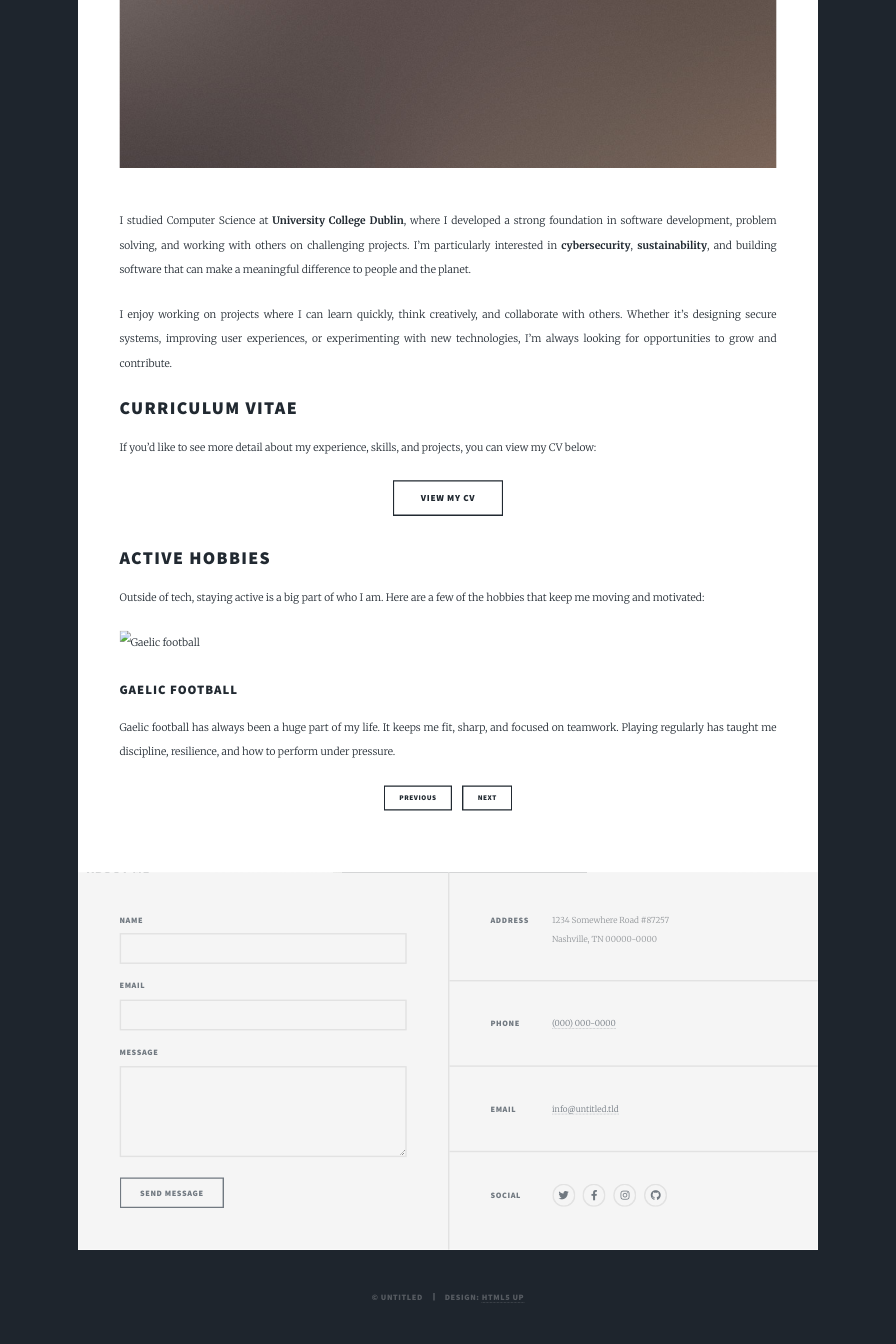
Repository: ciaranscan6/PersonalWebsite
Page: about-me.html
An editor plug-in stored every save of this project. The page is shown before and after the next save, followed by the edit.
The browser window is 1280 px wide. The pictures show the part of the page from y = 880 to 2800 px (the page is 2800 px tall), at 70% of full size.

Above is the page before, as saved 2025-11-22 00:34:10.
Not found: images/hobby-gaelic-football.jpg
Not found: images/hobby-hiking.jpg
Not found: images/hobby-snowboarding.jpg

After the next save:
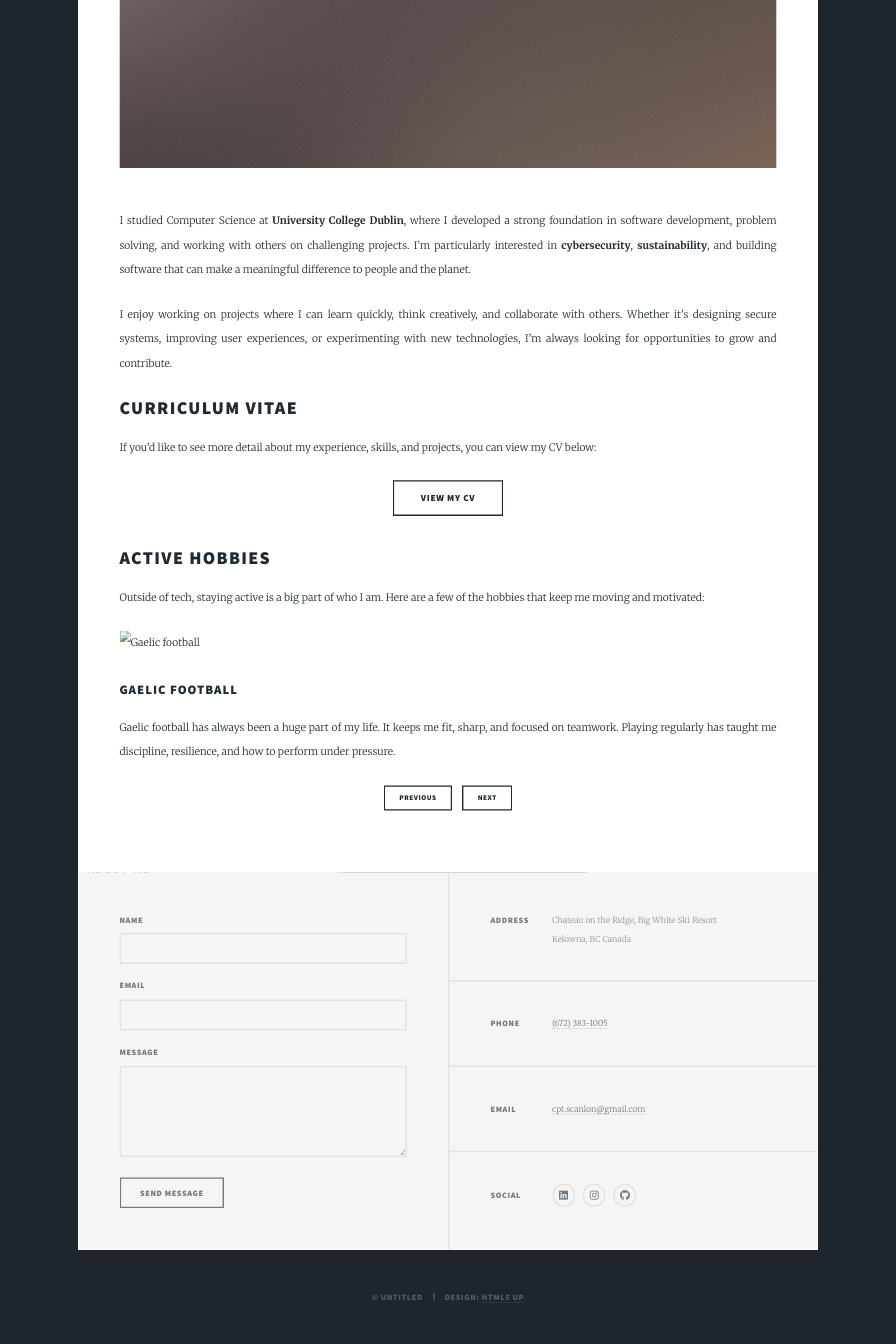
Not found: images/hobbys/gaelic-football.jpg
Not found: images/hobbys/hiking.jpg
Not found: images/hobbys/snowboarding.jpg
Saved 5 min 12 s later.
--- a/about-me.html
+++ b/about-me.html
@@ -114,7 +114,7 @@
 
 									<div class="hobby-slide active">
 										<span class="image fit">
-											<img src="images/hobby-gaelic-football.jpg" alt="Gaelic football" />
+											<img src="images/hobbys/gaelic-football.jpg" alt="Gaelic football" />
 										</span>
 										<h3>Gaelic Football</h3>
 										<p>
@@ -125,7 +125,7 @@
 
 									<div class="hobby-slide">
 										<span class="image fit">
-											<img src="images/hobby-hiking.jpg" alt="Hiking scenery" />
+											<img src="images/hobbys/hiking.jpg" alt="Hiking scenery" />
 										</span>
 										<h3>Hiking</h3>
 										<p>
@@ -136,7 +136,7 @@
 
 									<div class="hobby-slide">
 										<span class="image fit">
-											<img src="images/hobby-surfing.jpg" alt="Surfing" />
+											<img src="images/hobbys/surfing.jpg" alt="Surfing" />
 										</span>
 										<h3>Surfing</h3>
 										<p>
@@ -147,7 +147,7 @@
 
 									<div class="hobby-slide">
 										<span class="image fit">
-											<img src="images/hobby-snowboarding.jpg" alt="Snowboarding" />
+											<img src="images/hobbys/snowboarding.jpg" alt="Snowboarding" />
 										</span>
 										<h3>Snowboarding</h3>
 										<p>
@@ -194,27 +194,27 @@
 						<section class="split contact">
 							<section class="alt">
 								<h3>Address</h3>
-								<p>1234 Somewhere Road #87257<br />
-								Nashville, TN 00000-0000</p>
+								<p>Chateau on the Ridge, Big White Ski Resort<br />
+								Kelowna, BC Canada</p>
 							</section>
 							<section>
 								<h3>Phone</h3>
-								<p><a href="#">(000) 000-0000</a></p>
+								<p><a href="#">(672) 383-1005</a></p>
 							</section>
 							<section>
 								<h3>Email</h3>
-								<p><a href="#">info@untitled.tld</a></p>
+								<p><a href="#">cpt.scanlon@gmail.com</a></p>
 							</section>
 							<section>
 								<h3>Social</h3>
 								<ul class="icons alt">
-									<li><a href="#" class="icon brands alt fa-twitter"><span class="label">Twitter</span></a></li>
-									<li><a href="#" class="icon brands alt fa-facebook-f"><span class="label">Facebook</span></a></li>
+									<li><a href="#" class="icon brands alt fa-linkedin"><span class="label">LinkedIn</span></a></li>
 									<li><a href="#" class="icon brands alt fa-instagram"><span class="label">Instagram</span></a></li>
 									<li><a href="#" class="icon brands alt fa-github"><span class="label">GitHub</span></a></li>
 								</ul>
 							</section>
 						</section>
+
 					</footer>
 
 				<!-- Copyright -->
